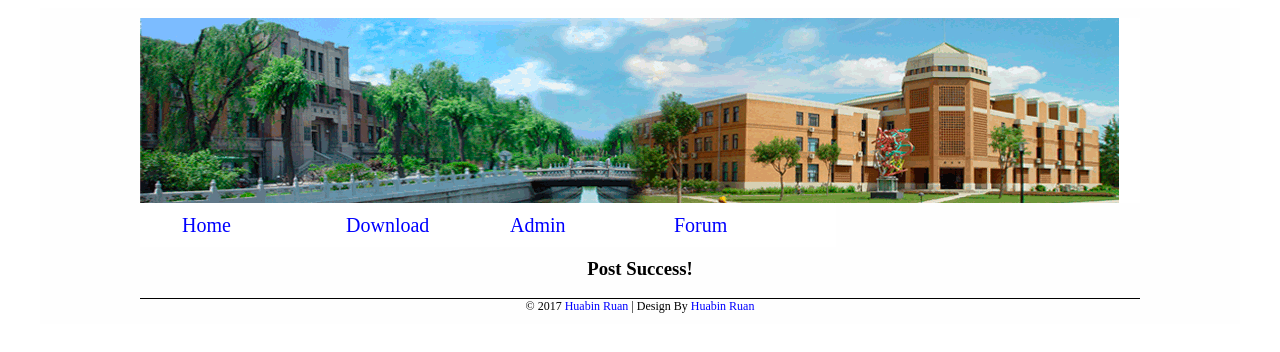
Repository: ruanhuabin/LifeSoftwareWebSite
Page: http://localhost/CryoEM/category_test.jsp
The author's editor kept a copy of each file at every save. The page is drawn from the files as they stood at one save, then again after the next save.
The browser window is 1280 px wide. The pictures show the whole page.
The page is served by Tomcat 9. Nobody is signed in. The application's start-up code is not run.

Above is the page before, as saved 2017-08-15 09:28:56.

After the next save:
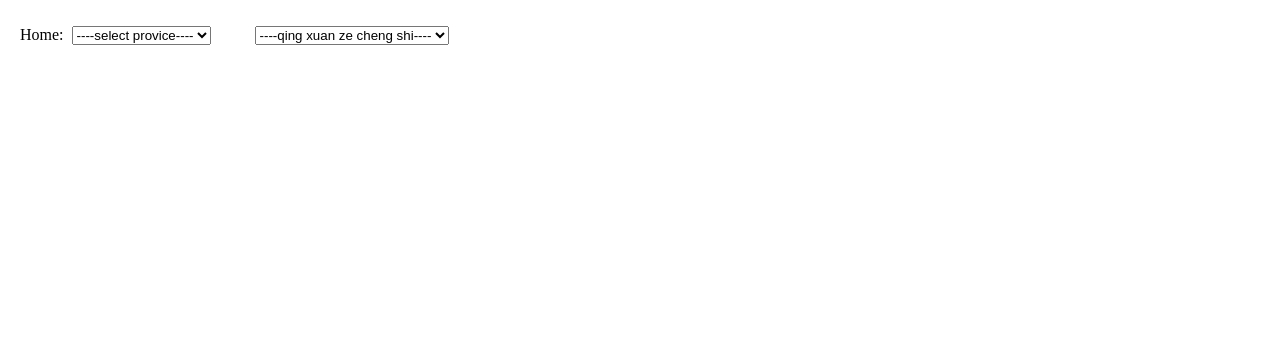
Saved 2 days later.
--- a/CryoEM/WebRoot/category_test.jsp
+++ b/CryoEM/WebRoot/category_test.jsp
@@ -9,48 +9,61 @@ String basePath = request.getScheme()+"://"+request.getServerName()+":"+request.
 <!DOCTYPE html PUBLIC "-//W3C//DTD XHTML 1.0 Transitional//EN" "http://www.w3.org/TR/xhtml1/DTD/xhtml1-transitional.dtd">
 <html xmlns="http://www.w3.org/1999/xhtml">
 <head>
-<meta http-equiv="Content-Type" content="text/html; charset=utf-8" />
-<link href="<%=basePath%>/style.css" rel="stylesheet" type="text/css" />
+    <meta http-equiv="Content-Type" content="text/html;charset=UTF-8">
+
+    <script type="text/javascript">
+        function selCity()
+		{
+            /*
+			var arr = [["----select city----"]
+                    ,['dongcheng', 'xicheng','chongwen']
+                    ,['heping','hedong', 'hexi']
+					,['pudong','lujiazui', 'xinshiji']
+                    ];
+			*/
+
+			var arr = [];
+			arr[0] = ["----select city----"];
+			arr[1] = ['dongcheng', 'xicheng','chongwen'];
+			arr[2] = [['pudong','lujiazui', 'xinshiji']];
+            /*拿到省份的索引*/
+            var index = document.getElementByName("selname").selectedIndex;
+            /*拿到省份数组中对应的城市*/
+            var citys = arr[index];
+            /*拿到子菜单节点*/
+            var subselNode = document.getElementById("subselid");
+            /*移除子菜单中的城市
+            注意：循环时不要“i++”,因为循环条件在递减，若在进行i++，会产生删除不干净的错误
+            */
+            for(var i=1; i<subselNode.options.length; )
+			{
+                subselNode.removeChild(subselNode.options[i]);
+            }
+            for(var i=0; i<citys.length; i++)
+			{
+                /*创建节点*/
+                var optNode = document.createElement("option");
+                /*拿出数组对应的城市*/
+                optNode.innerText = citys[i];
+                /*将城市添加到子菜单中*/
+                subselNode.appendChild(optNode);
+            }
+        }
+    </script>
 </head>
-<body>
-
-
-<div id="main-container">
-<div id="header"></div>
-<div id="navigation">
-	<ul>
-		<li><a href="<%=path%>/index.jsp">Home</font></a></li>
-		<li><a href="<%=path%>/user/User_listSoftware.action">Download</a></li>
-		<li><a href="<%=path%>/post/Admin_toAdmin.action">Admin</a></li>
-		<li><a href="http://10.10.32.133/thunder/answers/">Forum</a></li>
-	</ul>
-</div>
-<script type="text/javascript">
-		var index_plist = {
-			obj : document.getElementById("navigation")
-					.getElementsByTagName("li"),
-			currObj : null,
-			init : function() {
-				for (i = 0; i < index_plist.obj.length; i++) {
-					eval("index_plist.obj[i].getElementsByTagName('a')[0].onclick=function(){this.className='curr';if(index_plist.currObj){index_plist.currObj.className=''}index_plist.currObj=this}");
-				}
-			}
-		};
-		index_plist.init();
-</script>
-
-
-<br/>
-<br/>
-
- <h3 align="center">
-	 Post Success!
- </h3>
-
-
-<div id="footer">&copy; 2017 <a href="mailto:ruanhuabin@tsinghua.edu.cn">Huabin Ruan</a> | Design By <a href="#">Huabin Ruan</a> </div>
-</div>
-
-
+<body><br/>
+    &nbsp;&nbsp;&nbsp;Home:&nbsp;
+    <select id="selid" name="selname" onchange="selCity()">
+        <option selected>----select provice----</option>
+        <option>beijing</option>
+        <option>tianjin</option>
+        <option>shanghai</option>
+    </select>
+    &nbsp;&nbsp;&nbsp;&nbsp;
+    &nbsp;&nbsp;&nbsp;&nbsp;
+    <select id="subselid">
+        <option selected>----qing xuan ze cheng shi----</option>
+        <option></option>
+    </select>
 </body>
 </html>
